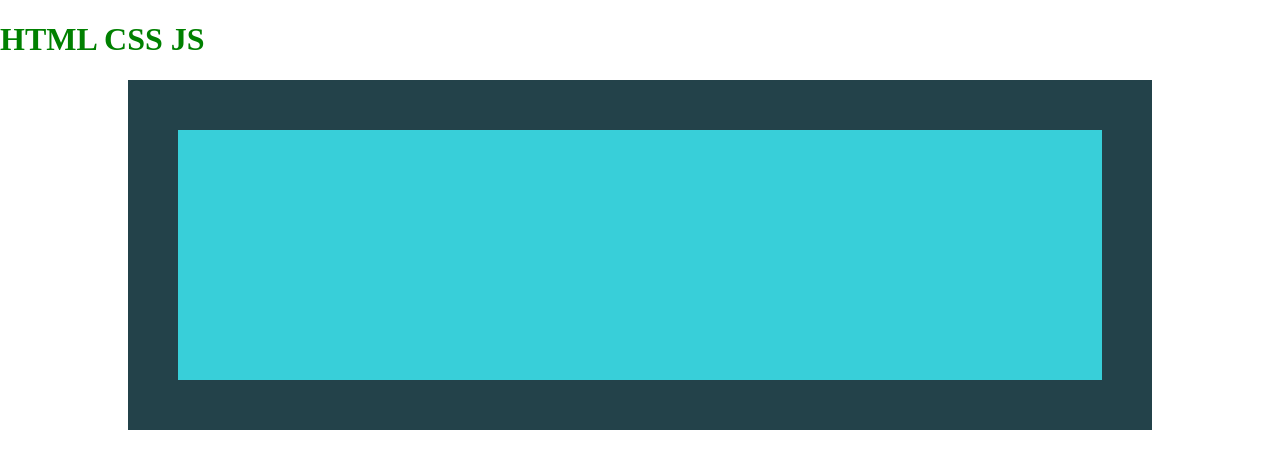
Repository: ufanodev/responsive-1
Page: index.html
These files come from the project's save history. The page is drawn as it stood at one moment and after the next save; the edit follows.
The browser window is 1280 px wide. The pictures show the whole page.

Above is the page before, as saved 2022-12-09 21:12:35.
Not found: js/app.js

### index.html
<!DOCTYPE html>
<html lang="en">
  <head>
    <meta charset="UTF-8">
    <meta name="viewport" content="width=device-width, initial-scale=1.0">
    <meta http-equiv="X-UA-Compatible" content="ie=edge">
    <title>HTML Responsive</title>
    <link rel="stylesheet" href="./css/style.css">
  </head>
  <header>
    <h1>HTML CSS JS</h1>
  </header>
  <body>
    <div class="parent">
        <div class="child">
        </div>
    </div>
	<script src="./js/app.js"></script>
  </body>
</html>

### css/style.css
* { box-sizing: border-box;}

body{
    margin: 0;
}

h1{
    color: green;
}

.parent{
    background-color:  #23424A;
    padding: 50px;
    margin: 0 auto;
    width: 80%;
}

.child{
    background-color:  #38CFD9;
    height: 250px;
}

After the next save:
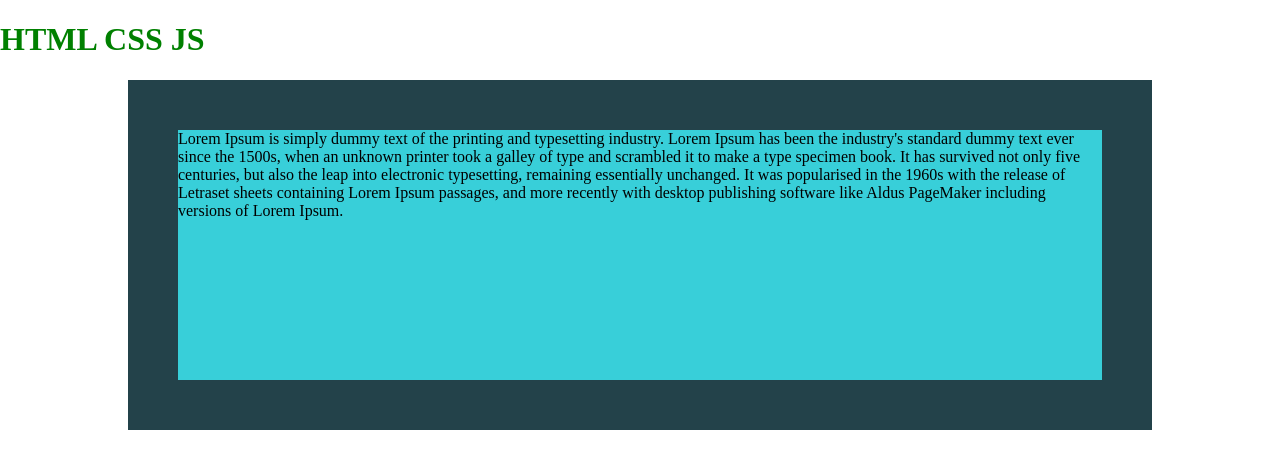
Saved 13 h 24 min later.
--- a/index.html
+++ b/index.html
@@ -13,6 +13,7 @@
   <body>
     <div class="parent">
         <div class="child">
+          Lorem Ipsum is simply dummy text of the printing and typesetting industry. Lorem Ipsum has been the industry's standard dummy text ever since the 1500s, when an unknown printer took a galley of type and scrambled it to make a type specimen book. It has survived not only five centuries, but also the leap into electronic typesetting, remaining essentially unchanged. It was popularised in the 1960s with the release of Letraset sheets containing Lorem Ipsum passages, and more recently with desktop publishing software like Aldus PageMaker including versions of Lorem Ipsum.
         </div>
     </div>
 	<script src="./js/app.js"></script>
